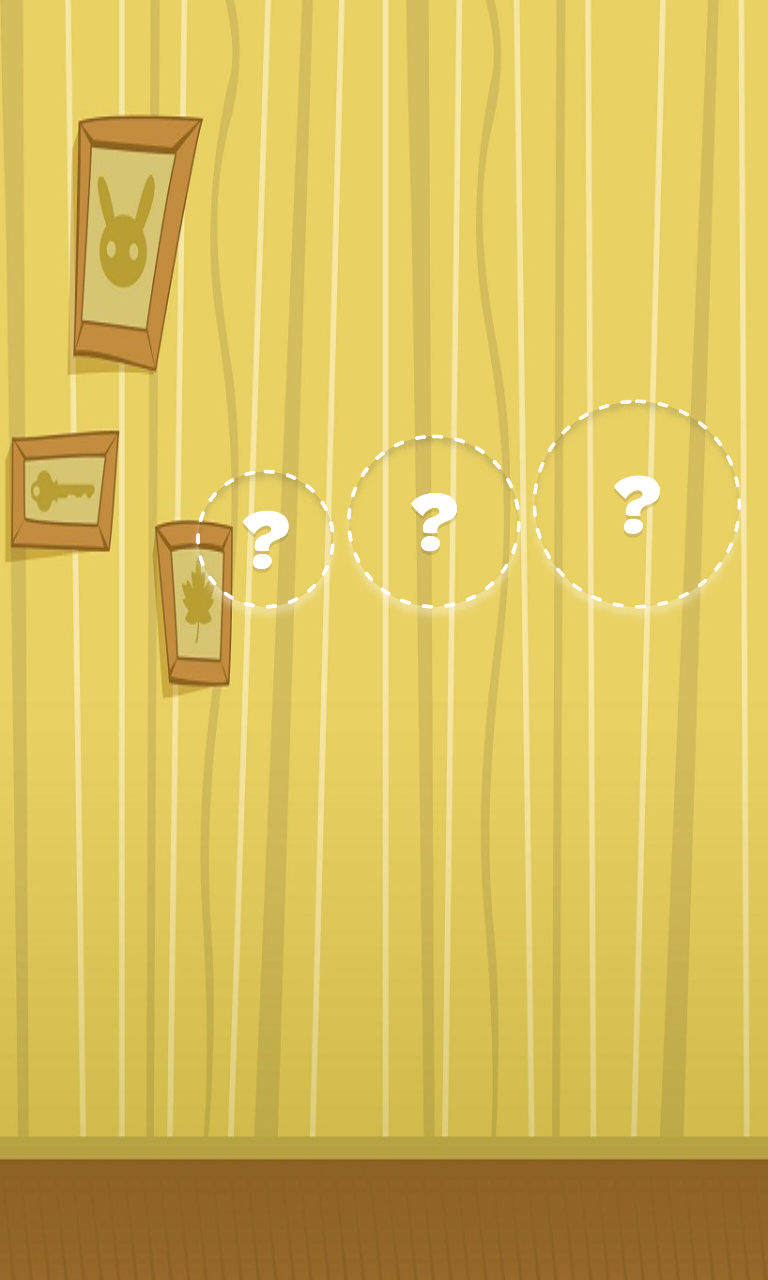
Repository: DimaPetrov/android
Layout: newapp/res/layout/puzzleback.xml
An editor plug-in stored every save of this project. The layout is shown before and after the next save, followed by the edit.
It is drawn on a 768 x 1280 px phone screen (xhdpi) without system bars, with theme AppTheme; the app's code is not run.

Above is the layout before, as saved 2012-10-24 15:41:56.

After the next save:
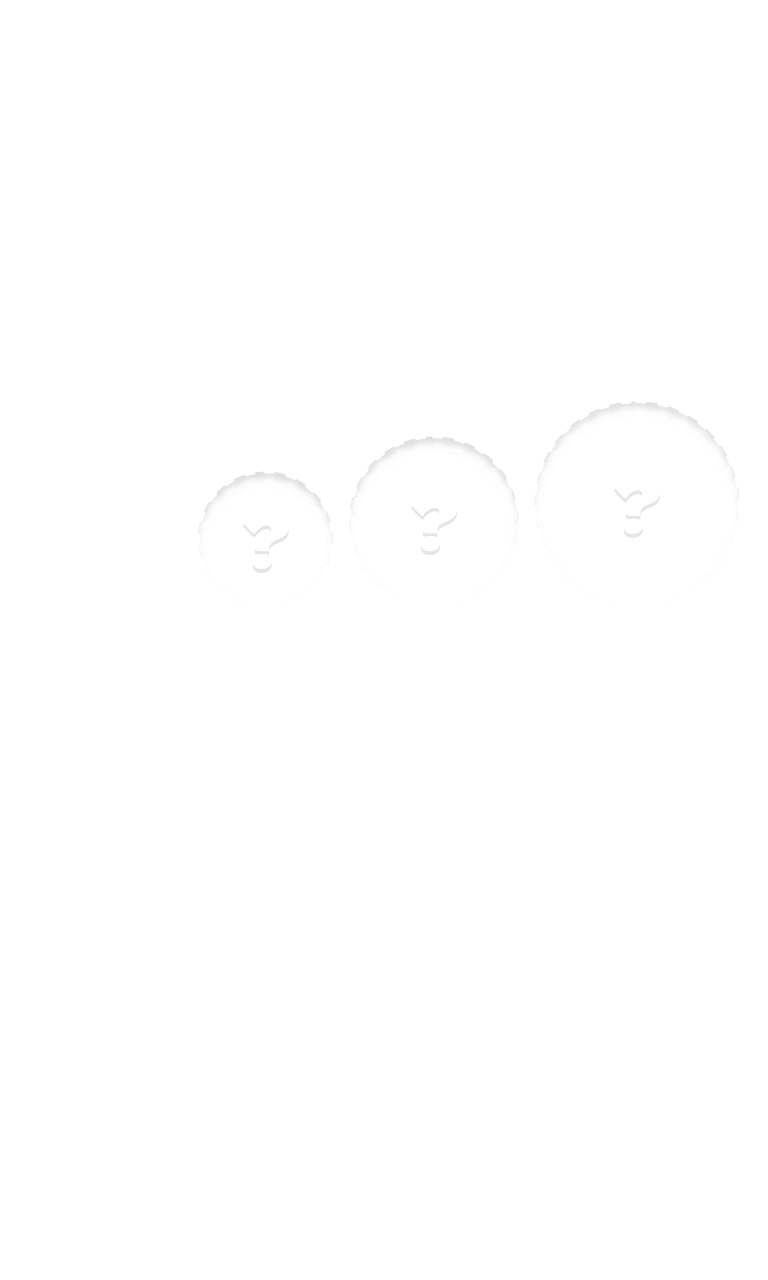
Saved 12 s later.
--- a/newapp/res/layout/puzzleback.xml
+++ b/newapp/res/layout/puzzleback.xml
@@ -9,7 +9,7 @@
         android:layout_height="match_parent"
         android:layout_centerHorizontal="true"
         android:layout_centerVertical="true"
-        android:background="@drawable/bg_games3" >
+         >
 
     </RelativeLayout>
 
